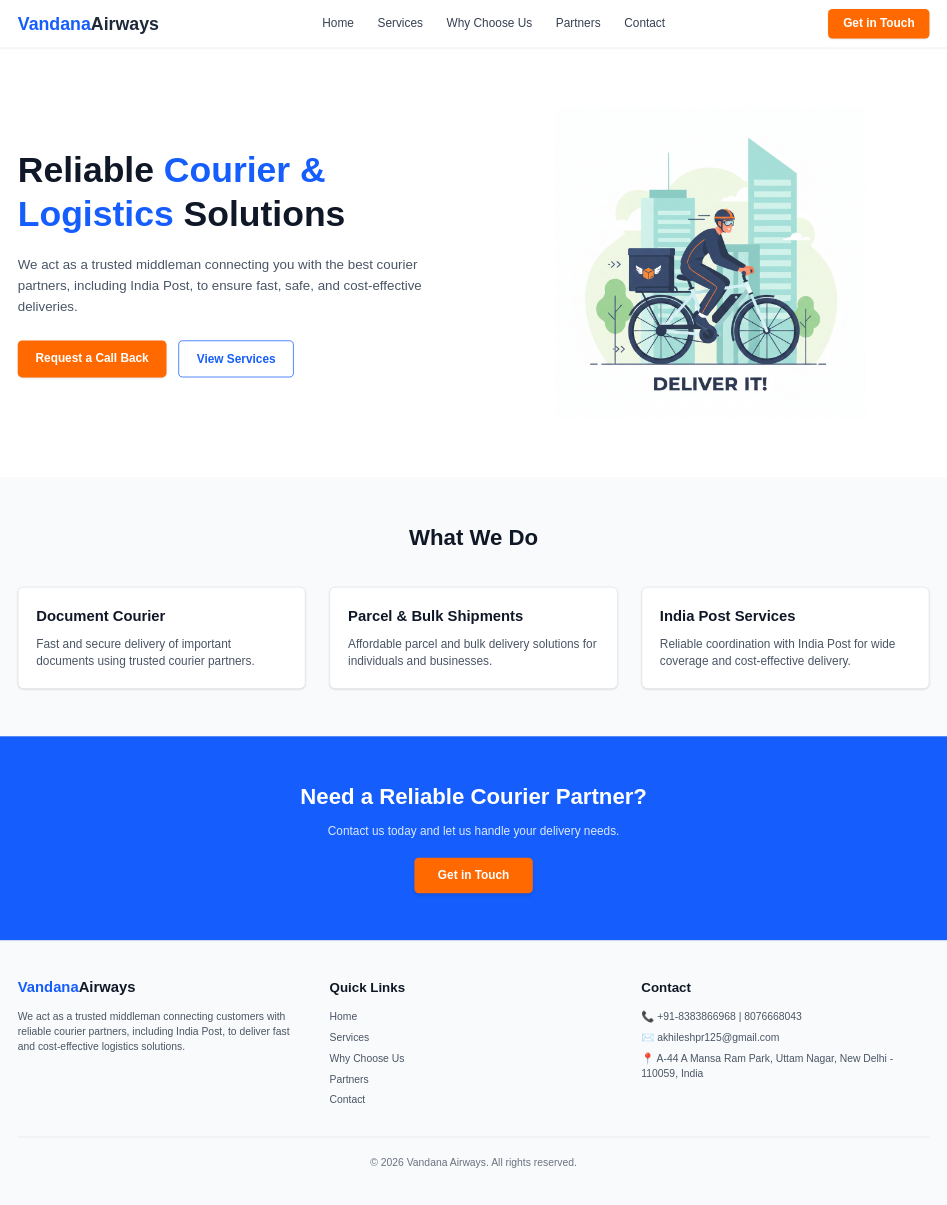
Repository: Rohit-foryou/Courier-Portfolio
Page: /
The author's editor kept a copy of each file at every save. The page is drawn from the files as they stood at one save, then again after the next save.
The browser window is 1280 px wide. The pictures show the whole page, at 74% of full size.
The project was rebuilt for these pictures with package versions that can differ from the ones it lists, and the page was loaded fresh each time. The framework's server and built-in components were replaced by stand-ins that run in the browser. Also part of the build but not shown: next.config.ts.

Above is the page before, as saved 2026-02-09 20:41:16.

### app/layout.tsx
import "./globals.css";
import Navbar from "../components/Navbar";
import Footer from "../components/Fotter";

export const metadata = {
  title: "Courier Portfolio",
  description: "Courier & logistics service portfolio website",
};

export default function RootLayout({
  children,
}: {
  children: React.ReactNode;
}) {
  return (
    <html lang="en">
      <body>
        <Navbar />
        <main className="min-h-screen">{children}</main>
        <Footer />
      </body>
    </html>
  );
}

### app/page.tsx
import HeroSection from "../components/HeroSection";
import ServicesOverview from "../components/ServiceOverview";
import CTASection from "../components/CTASection";

export default function HomePage() {
  return (
    <>
      <HeroSection />
      <ServicesOverview />
      <CTASection />
    </>
  );
}

### components/Navbar.tsx
import Link from "next/link";

export default function Navbar() {
  return (
<nav className="w-full bg-white border-b border-gray-100 sticky top-0 z-50 shadow-sm">
      <div className="max-w-7xl mx-auto px-6">
        <div className="flex items-center justify-between h-16">

          {/* Logo */}
          <div className="flex items-center">
            <span className="text-2xl font-bold text-blue-600">
              Vandana<span className="text-gray-800">Airways</span>
            </span>
          </div>

          {/* Navigation Links */}
          <div className="hidden md:flex items-center space-x-8 text-gray-700 font-medium">
            <Link href="/"   className="relative hover:text-blue-600 transition after:absolute after:left-0 after:-bottom-1 after:w-0 after:h-[2px] after:bg-orange-500 hover:after:w-full after:transition-all"
>
              Home
            </Link>
            <Link href="/services"  className="relative hover:text-blue-600 transition after:absolute after:left-0 after:-bottom-1 after:w-0 after:h-[2px] after:bg-orange-500 hover:after:w-full after:transition-all"
>
              Services
            </Link>
            <Link href="/why-choose-us"   className="relative hover:text-blue-600 transition after:absolute after:left-0 after:-bottom-1 after:w-0 after:h-[2px] after:bg-orange-500 hover:after:w-full after:transition-all"
>
              Why Choose Us
            </Link>
            <Link href="/partners"   className="relative hover:text-blue-600 transition after:absolute after:left-0 after:-bottom-1 after:w-0 after:h-[2px] after:bg-orange-500 hover:after:w-full after:transition-all"
>
              Partners
            </Link>
            <Link href="/contact"   className="relative hover:text-blue-600 transition after:absolute after:left-0 after:-bottom-1 after:w-0 after:h-[2px] after:bg-orange-500 hover:after:w-full after:transition-all"
>
              Contact
            </Link>
          </div>

          {/* CTA Button */}
          <div className="flex items-center">
            <Link
              href="/contact"
              className="bg-orange-500 text-white px-5 py-2 rounded-md font-semibold hover:bg-orange-600 transition shadow-sm"
            >
              Get in Touch
            </Link>
          </div>
        </div>
      </div>
    </nav>
  );
}

### components/Fotter.tsx
import Link from "next/link";

export default function Footer() {
  return (
    <footer className="bg-gray-50 border-t border-gray-200">
      <div className="max-w-7xl mx-auto px-6 py-12">
        <div className="grid grid-cols-1 md:grid-cols-3 gap-8">
          {/* Brand / About */}
          <div>
            <h3 className="text-xl font-bold text-blue-600">
  Vandana<span className="text-gray-900">Airways</span>
</h3>

            <p className="mt-4 text-gray-600 text-sm">
              We act as a trusted middleman connecting customers with reliable
              courier partners, including India Post, to deliver fast and
              cost-effective logistics solutions.
            </p>
          </div>

          {/* Quick Links */}
          <div>
            <h4 className="text-lg font-semibold text-gray-900 mb-4">
Quick Links</h4>
            <ul className="mt-4 space-y-2 text-sm">
              <li>
                <Link
                  href="/"
                  className="text-gray-600 hover:text-blue-600 transition"
                >
                  Home
                </Link>
              </li>
              <li>
                <Link
                  href="/services"
                  className="text-gray-600 hover:text-blue-600 transition"
                >
                  Services
                </Link>
              </li>
              <li>
                <Link
                  href="/why-choose-us"
                  className="text-gray-600 hover:text-blue-600 transition"
                >
                  Why Choose Us
                </Link>
              </li>
              <li>
                <Link
                  href="/partners"
                  className="text-gray-600 hover:text-blue-600 transition"
                >
                  Partners
                </Link>
              </li>
              <li>
                <Link
                  href="/contact"
                  className="text-gray-600 hover:text-blue-600 transition"
                >
                  Contact
                </Link>
              </li>
            </ul>
          </div>

          {/* Contact Info */}
          <div>
            <h4 className="text-lg font-semibold text-gray-900">Contact</h4>
            <ul className="mt-4 space-y-2 text-gray-600 text-sm">
              <li>📞 +91-8383866968 | 8076668043</li>
              <li>✉️ akhileshpr125@gmail.com</li>
              <li>
                📍 A-44 A Mansa Ram Park, Uttam Nagar, New Delhi - 110059, India
              </li>
            </ul>
          </div>
        </div>

        {/* Bottom Bar */}
        <div className="mt-10 border-t border-gray-200 pt-6 text-center text-sm text-gray-500">
          © {new Date().getFullYear()} Vandana Airways. All rights reserved.
        </div>
      </div>
    </footer>
  );
}

### components/HeroSection.tsx
import Link from "next/link";
import Image from "next/image";

export default function HeroSection() {
  return (
    <section className="bg-white">
      <div className="max-w-7xl mx-auto px-6 py-20 grid grid-cols-1 md:grid-cols-2 gap-12 items-center">
        {/* Left Content */}
        <div>
          <h1 className="text-4xl md:text-5xl font-bold text-gray-900 leading-tight">
            Reliable <span className="text-blue-600">Courier & Logistics</span>{" "}
            Solutions
          </h1>

          <p className="mt-6 text-lg text-gray-600">
            We act as a trusted middleman connecting you with the best courier
            partners, including India Post, to ensure fast, safe, and
            cost-effective deliveries.
          </p>

          {/* CTA Buttons */}
          <div className="mt-8 flex flex-wrap gap-4">
            <Link
              href="/contact"
              className="bg-orange-500 text-white px-6 py-3 rounded-md font-semibold hover:bg-orange-600 transition shadow-sm"
            >
              Request a Call Back
            </Link>

            <Link
              href="/services"
              className="border border-blue-600 text-blue-600 px-6 py-3 rounded-md font-semibold hover:bg-blue-50 transition"
            >
              View Services
            </Link>
          </div>
        </div>

        {/* Right Visual */}
        <div className="flex justify-center">
          <Image
            src="/images/courier-illustration.png"
            alt="Courier and logistics illustration"
            width={420}
            height={320}
            className="object-contain"
            priority
          />
        </div>
      </div>
    </section>
  );
}

### components/ServiceOverview.tsx
import ServiceCard from "./ServiceCard";

export default function ServiceOverview() {
  return (
    <section className="bg-gray-50 py-16">
      <div className="max-w-7xl mx-auto px-6">
        <h2 className="text-3xl font-bold text-center text-gray-900">
          What We Do
        </h2>

        <div className="mt-12 grid grid-cols-1 md:grid-cols-3 gap-8">
          <ServiceCard
            title="Document Courier"
            description="Fast and secure delivery of important documents using trusted courier partners."
          />
          <ServiceCard
            title="Parcel & Bulk Shipments"
            description="Affordable parcel and bulk delivery solutions for individuals and businesses."
          />
          <ServiceCard
            title="India Post Services"
            description="Reliable coordination with India Post for wide coverage and cost-effective delivery."
          />
        </div>
      </div>
    </section>
  );
}

### components/CTASection.tsx
import Link from "next/link";

export default function CTASection() {
  return (
    <section className="bg-blue-600 py-16 text-center text-white">
      <h2 className="text-3xl font-bold">
        Need a Reliable Courier Partner?
      </h2>

      <p className="mt-4 text-blue-100">
        Contact us today and let us handle your delivery needs.
      </p>

      <Link
        href="/contact"
        className="inline-block mt-6 bg-orange-500 hover:bg-orange-600 text-white px-8 py-3 rounded-md font-semibold transition shadow-md"
      >
        Get in Touch
      </Link>
    </section>
  );
}

### components/ServiceCard.tsx
type ServiceCardProps = {
  title: string;
  description: string;
};

export default function ServiceCard({ title, description }: ServiceCardProps) {
  return (
    <div className="bg-white border border-gray-200 rounded-lg p-6 shadow-sm hover:shadow-md transition">
      <h3 className="text-xl font-semibold text-gray-900">{title}</h3>
      <p className="mt-3 text-gray-600">{description}</p>
    </div>
  );
}

Loaded but not shown: app/globals.css (common file)

After the next save:
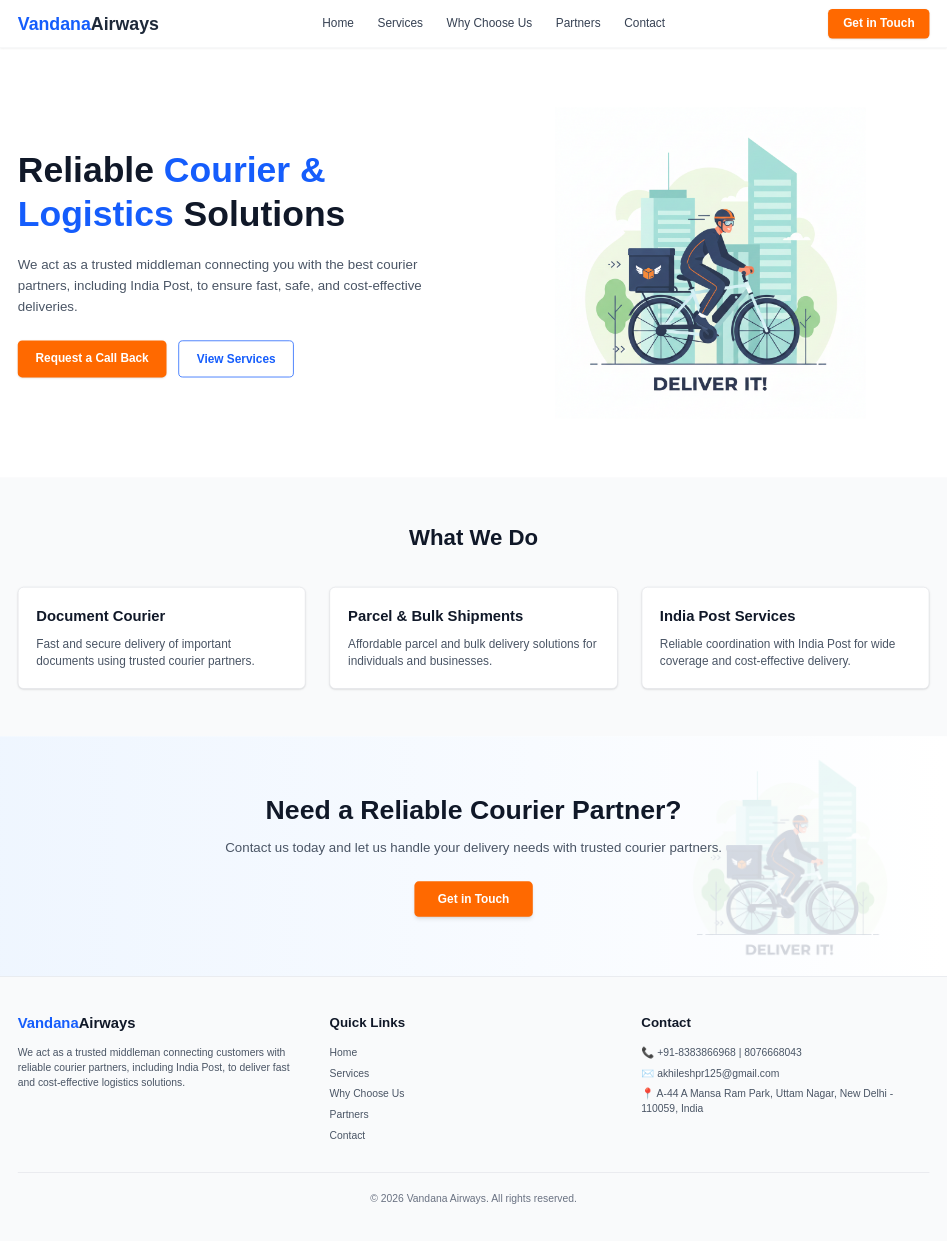
Saved 2 min 36 s later.
--- a/components/CTASection.tsx
+++ b/components/CTASection.tsx
@@ -1,22 +1,38 @@
 import Link from "next/link";
+import Image from "next/image";
 
 export default function CTASection() {
   return (
-    <section className="bg-blue-600 py-16 text-center text-white">
-      <h2 className="text-3xl font-bold">
-        Need a Reliable Courier Partner?
-      </h2>
+    <section className="relative overflow-hidden bg-gradient-to-r from-blue-50 to-white py-20">
 
-      <p className="mt-4 text-blue-100">
-        Contact us today and let us handle your delivery needs.
-      </p>
+      {/* Background Image (subtle, like Trackon) */}
+      <div className="absolute right-0 top-0 h-full w-1/3 opacity-20 hidden md:block">
+        <Image
+          src="/images/courier-illustration.png"
+          alt="Courier illustration"
+          fill
+          className="object-contain"
+        />
+      </div>
 
-      <Link
-        href="/contact"
-        className="inline-block mt-6 bg-orange-500 hover:bg-orange-600 text-white px-8 py-3 rounded-md font-semibold transition shadow-md"
-      >
-        Get in Touch
-      </Link>
+      {/* Content */}
+      <div className="relative max-w-4xl mx-auto text-center px-6">
+        <h2 className="text-3xl md:text-4xl font-bold text-gray-900">
+          Need a Reliable Courier Partner?
+        </h2>
+
+        <p className="mt-4 text-gray-600 text-lg">
+          Contact us today and let us handle your delivery needs with trusted
+          courier partners.
+        </p>
+
+        <Link
+          href="/contact"
+          className="inline-block mt-8 bg-orange-500 hover:bg-orange-600 text-white px-8 py-3 rounded-md font-semibold transition shadow-md"
+        >
+          Get in Touch
+        </Link>
+      </div>
     </section>
   );
 }
